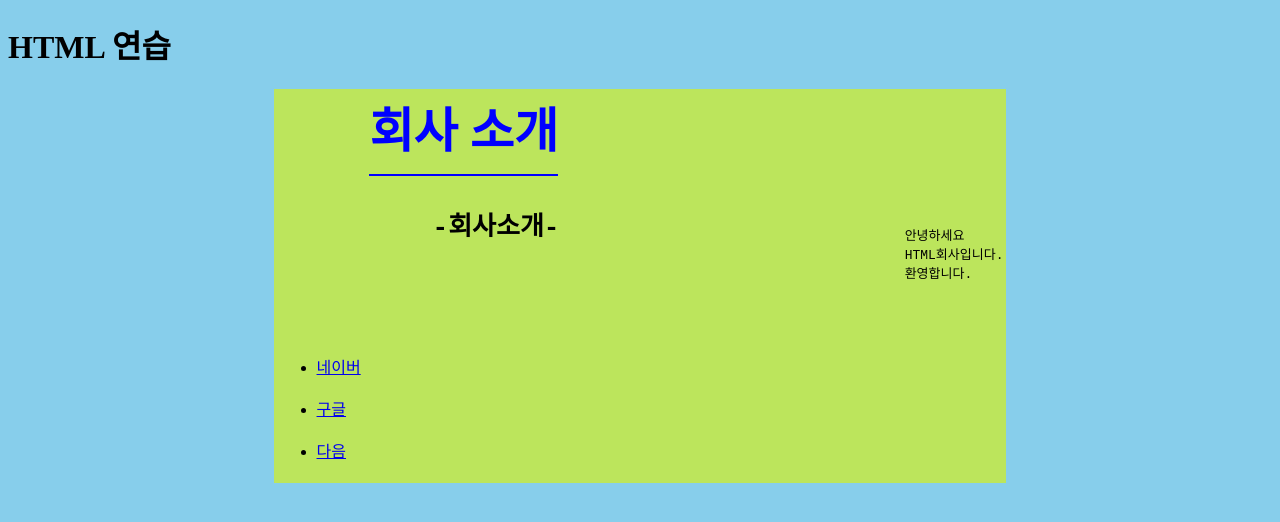
Repository: leeseungho1994/test09
Page: html/NewFile.html
These files come from the project's save history. The page is drawn as it stood at one moment and after the next save; the edit follows.
The browser window is 1280 px wide. The pictures show the whole page.

Above is the page before, as saved 2020-10-29 09:17:25.

### html/NewFile.html
<!DOCTYPE html>
<html>
<head>
<meta charset="UTF-8">
<title>Insert title here</title>
</head>
<body style="background-color: skyblue;">
	<h1>HTML 연습</h1>
	<table style="background-color: #BCE55C;" align="center" width="500">
		<tr>
			<th><font size="7" face="궁서체" color="blue">회사 소개</font></th>

		</tr>
		<tr>
			<th><hr width="50%" align="center" color="blue"></th>
		</tr>
		<tr>
			<td><pre><h1>	  -회사소개-
			</h2>
				</pre></td>
				<td><pre>
				안녕하세요
				HTML회사입니다.
				환영합니다.
				</pre>
				</td>
		</tr>
		<tr>
			<td><ul>
					<li><a href="https://www.naver.com/">네이버</a></li>
					<br>
					<li><a href="https://www.google.co.kr/">구글</a></li>
					<br>
					<li><a href="https://www.google.co.kr/">다음</a></li>
				</ul></td>
		</tr>
		<tr>

		</tr>
	</table>
</body>
</html>

After the next save:
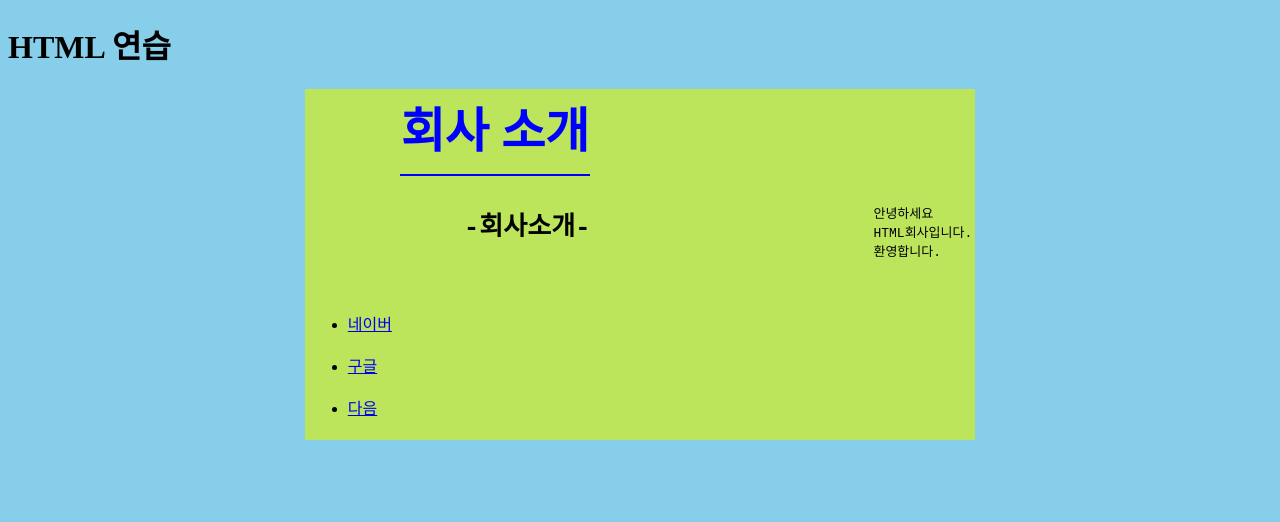
Saved 24 s later.
--- a/html/NewFile.html
+++ b/html/NewFile.html
@@ -16,12 +16,10 @@
 		</tr>
 		<tr>
 			<td><pre><h1>	  -회사소개-
-			</h2>
-				</pre></td>
-				<td><pre>
-				안녕하세요
-				HTML회사입니다.
-				환영합니다.
+			</h2></pre></td><td><pre>
+			안녕하세요
+			HTML회사입니다.
+			환영합니다.
 				</pre>
 				</td>
 		</tr>
